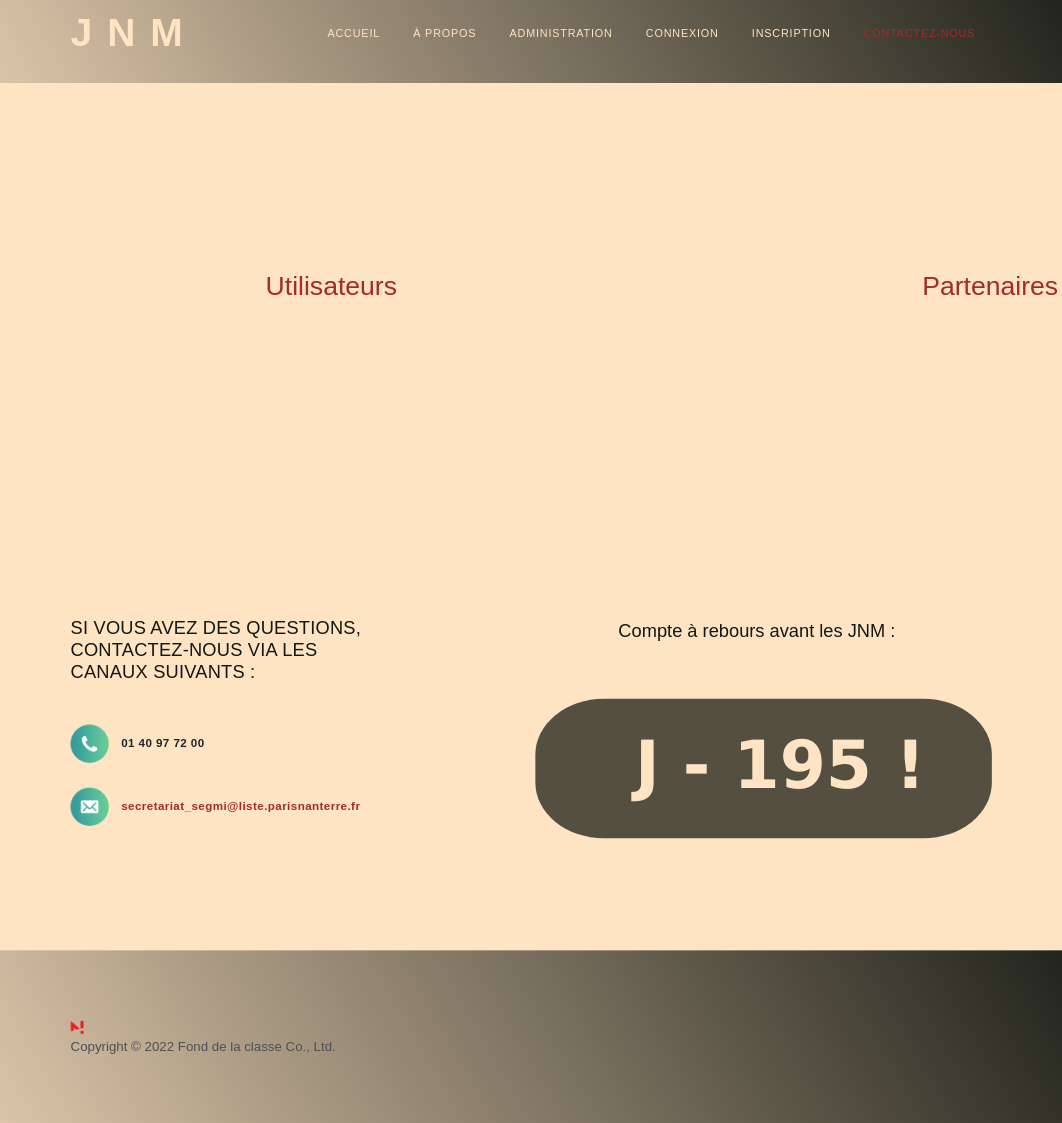
Repository: RiadNadri/ProjetWeb2022
Page: templates/Admin/admin.html.twig
The author's editor kept a copy of each file at every save. The page is drawn from the files as they stood at one save, then again after the next save.
The browser window is 1280 px wide. The pictures show the whole page, at 83% of full size.
Some web fonts or font styles are not loaded; a fallback is used. The page is a Twig template of a Symfony application; nobody is signed in and links lead nowhere. The template is opened directly, without the code that normally fills it, so the values that code supplies are empty.

Above is the page before, as saved 2022-12-24 17:01:54.

After the next save:
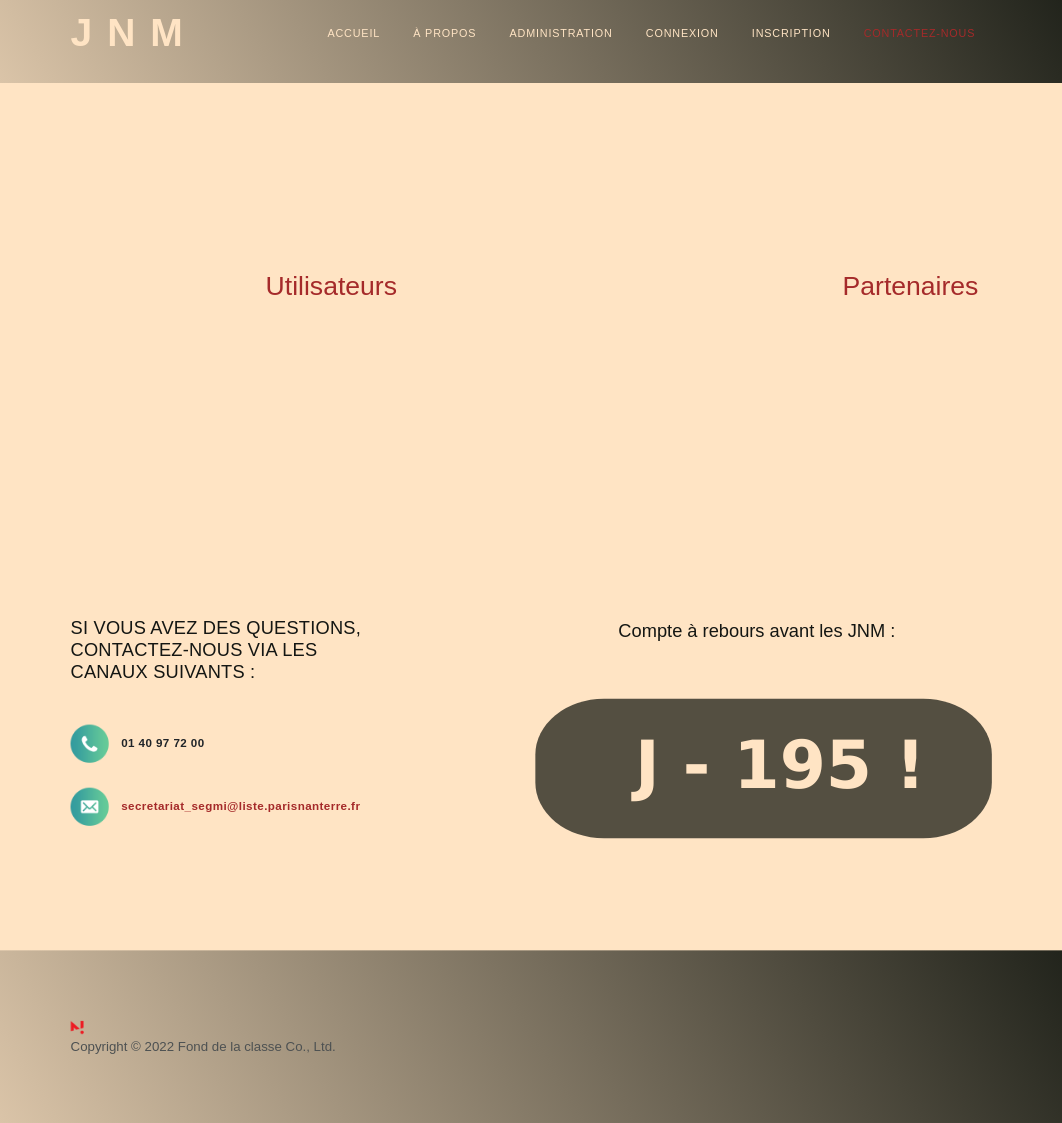
Saved 9 s later.
--- a/templates/Admin/admin.html.twig
+++ b/templates/Admin/admin.html.twig
@@ -13,7 +13,7 @@
         font-size: xx-large;
     }
     .buttonPartenaire{
-        margin-left:65%;
+        margin-left:55%;
         font-size: xx-large;
     }
 </style>
